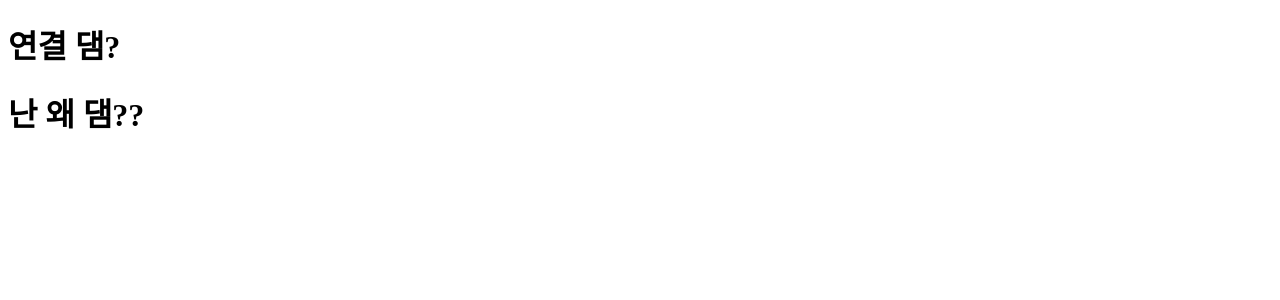
Repository: song-tata/jsp_servlet
Page: ex1_link/WebContent/link.html
An editor plug-in stored every save of this project. The page is shown before and after the next save, followed by the edit.
The browser window is 1280 px wide. The pictures show the whole page.

Above is the page before, as saved 2023-05-17 01:45:29.

After the next save:
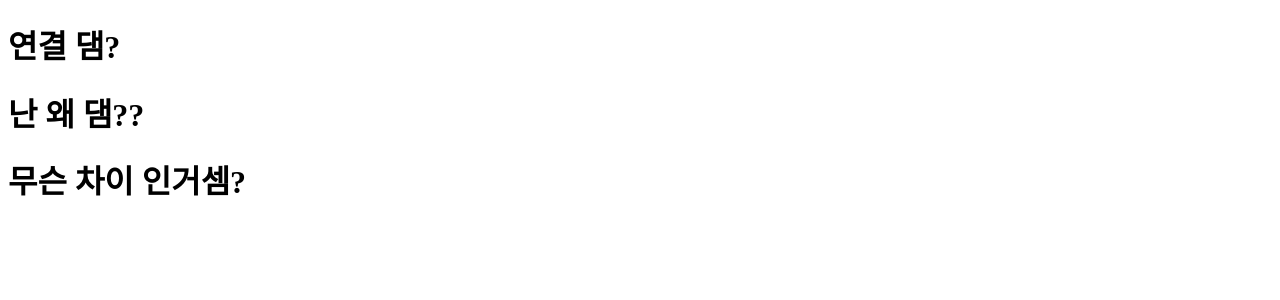
Saved 27 s later.
--- a/ex1_link/WebContent/link.html
+++ b/ex1_link/WebContent/link.html
@@ -7,5 +7,6 @@
 <body>
 	<h1>연결 댐?</h1>
 	<h1>난 왜 댐??</h1>
+	<h1>무슨 차이 인거셈?</h1>
 </body>
 </html>
